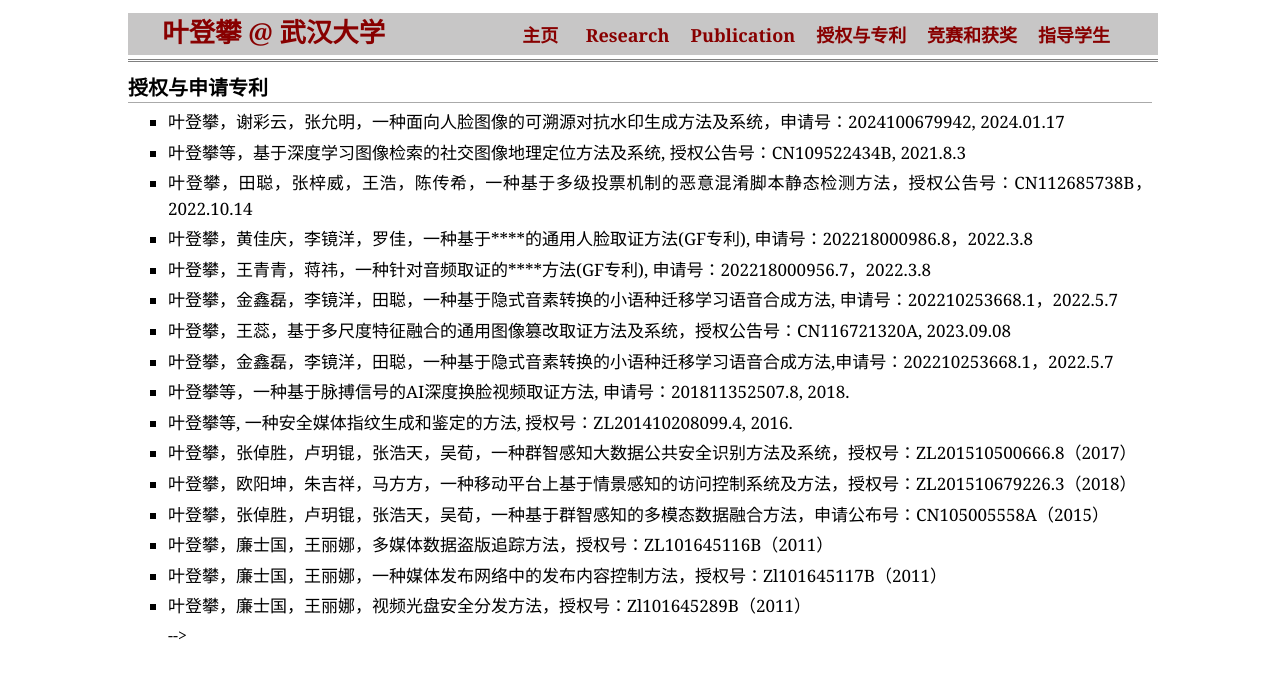
Repository: yedengpan/yedengpan.github.io
Page: patent.html
An editor plug-in stored every save of this project. The page is shown before and after a run of saves, followed by the edit.
The browser window is 1280 px wide. The pictures show the whole page.

Above is the page before, as saved 2024-01-18 21:06:02.
Console error: SyntaxError: Unexpected token '%'

### patent.html
<!DOCTYPE html PUBLIC "-//W3C//DTD XHTML 1.1//EN" "http://www.w3.org/TR/xhtml11/DTD/xhtml11.dtd">
<html xmlns="http://www.w3.org/1999/xhtml" xml:lang="en">
<head>
    <meta http-equiv="Content-Type" content="text/html; charset=UTF-8">
    <meta name="generator" content="jemdoc, see http://jemdoc.jaboc.net/">

    <link rel="stylesheet" href="./source_files/jemdoc.css" type="text/css">
    <title>授权与专利</title>
    <script type="text/javascript" src="./source_files/jquery-1.12.4.min.js"></script>
    <script src="./source_files/main.js"></script>

</head>
<body>
    <div id="layout-content">

        <div id="toptitle">
            <h1 width=100% id="home">
                &nbsp;&nbsp;&nbsp;&nbsp;
                <font color="#880000">叶登攀 @ 武汉大学</font>
                &nbsp;&nbsp;&nbsp;&nbsp;&nbsp;&nbsp;&nbsp;&nbsp;&nbsp;&nbsp;&nbsp;&nbsp;&nbsp;&nbsp;&nbsp;&nbsp;&nbsp;&nbsp;
                <a href="./index.html"><font color="#880000" size="4.0px">主页</font></a>
                &nbsp;&nbsp;
                <a href="./research.html"><font color="#880000" size="4.0px">Research &nbsp;&nbsp;</font></a>
                <a href="./publication.html"><font color="#880000" size="4.0px">Publication &nbsp;&nbsp;</font></a>
                <a href="./patent.html"><font color="#880000" size="4.0px">授权与专利 &nbsp;&nbsp;</font></a>
                <a href="./awards.html"><font color="#880000" size="4.0px">竞赛和获奖 &nbsp;&nbsp;</font></a>
                <a href="./student.html"><font color="#880000" size="4.0px">指导学生 &nbsp;&nbsp;</font></a>                &nbsp;&nbsp;&nbsp;&nbsp;
            </h1>
        </div>

        <br> <br>

        <h2>授权与申请专利</h2>
        <body>
            <ul>
                <li>
                    <p style="text-align: justify;">
                        叶登攀，谢彩云，张允明，一种面向人脸图像的可溯源对抗水印生成方法及系统，申请号：2024100679942, 2024.01.17
                    </p>

                </li>
                <li>
                    <p style="text-align:justify;">
                        叶登攀等，基于深度学习图像检索的社交图像地理定位方法及系统, 授权公告号：CN109522434B, 2021.8.3
                    </p>
                </li>
                <li>
                    <p style="text-align:justify;">
                        叶登攀，田聪，张梓威，王浩，陈传希，一种基于多级投票机制的恶意混淆脚本静态检测方法，授权公告号：CN112685738B，2022.10.14
                    </p>
                </li>
                <li>
                    <p style="text-align:justify;">
                        叶登攀，黄佳庆，李镜洋，罗佳，一种基于****的通用人脸取证方法(GF专利), 申请号：202218000986.8，2022.3.8
                    </p>
                </li>
                <li>
                    <p style="text-align:justify;">
                        叶登攀，王青青，蒋祎，一种针对音频取证的****方法(GF专利), 申请号：202218000956.7，2022.3.8
                    </p>
                </li>
                <li>
                    <p style="text-align:justify;">
                        叶登攀，金鑫磊，李镜洋，田聪，一种基于隐式音素转换的小语种迁移学习语音合成方法, 申请号：202210253668.1，2022.5.7
                    </p>
                </li>
                <li>
                    <p style="text-align:justify;">
                        叶登攀，王蕊，基于多尺度特征融合的通用图像篡改取证方法及系统，授权公告号：CN116721320A, 2023.09.08
                    </p>
                </li>
                <li>
                    <p style="text-align:justify;">
                        叶登攀，金鑫磊，李镜洋，田聪，一种基于隐式音素转换的小语种迁移学习语音合成方法,申请号：202210253668.1，2022.5.7
                    </p>
                </li>
                <li>
                    <p style="text-align:justify;">
                        叶登攀等，一种基于脉搏信号的AI深度换脸视频取证方法, 申请号：201811352507.8, 2018.
                    </p>
                </li>
                <li>
                    <p style="text-align:justify;">
                        叶登攀等, 一种安全媒体指纹生成和鉴定的方法, 授权号：ZL201410208099.4, 2016.
                    </p>
                </li>
                <li>
                    <p style="text-align:justify;">
                        叶登攀，张倬胜，卢玥锟，张浩天，吴荀，一种群智感知大数据公共安全识别方法及系统，授权号：ZL201510500666.8（2017）
                    </p>
                </li>
                <li>
                    <p style="text-align:justify;">
                        叶登攀，欧阳坤，朱吉祥，马方方，一种移动平台上基于情景感知的访问控制系统及方法，授权号：ZL201510679226.3（2018）
                    </p>
                </li>
                <li>
                    <p style="text-align:justify;">
                        叶登攀，张倬胜，卢玥锟，张浩天，吴荀，一种基于群智感知的多模态数据融合方法，申请公布号：CN105005558A（2015）
                    </p>
                </li>
                <li>
                    <p style="text-align:justify;">
                        叶登攀，廉士国，王丽娜，多媒体数据盗版追踪方法，授权号：ZL101645116B（2011）
                    </p>
                </li>
                <li>
                    <p style="text-align:justify;">
                        叶登攀，廉士国，王丽娜，一种媒体发布网络中的发布内容控制方法，授权号：Zl101645117B（2011）
                    </p>
                </li>
                <li>
                    <p style="text-align:justify;">
                        叶登攀，廉士国，王丽娜，视频光盘安全分发方法，授权号：Zl101645289B（2011）
                    </p>
                </li>-->

            </ul>
        </body>
</html>

### source_files/jemdoc.css
/* Default css file for jemdoc. */

table#tlayout {
    border: none;
    border-collapse: separate;
    background: white;
}

/*body.my-body {
	background: white;*/
	/*	font-family: Georgia, serif;*/
	/*font-family: "Times New Roman", Sans-serif, Serif, Arial, Helvetica, sans-serif;
	padding-bottom: 8px;
	margin: 0;
	text-align: center;
}*/

body {
	background: white;
	font-family: Georgia, serif;
	padding-bottom: 8px;
	margin: 0;
	text-align: center;
}

/*
:lang(en) {
	font-family: "Arial", sans-serif;
}

:not(:lang(en)) {
	font-family: inherit;
}
*/

#layout-menu {
	background: #f6f6f6;
	border: 1px solid #dddddd;
	padding-top: 0.5em;
	padding-left: 8px;
	padding-right: 8px;
	font-size: 1.0em;
	width: auto;
	white-space: nowrap;
    text-align: left;
    vertical-align: top;
}

#layout-menu td {
	background: #f4f4f4;
    vertical-align: top;
}

#layout-content {
	padding-top: 0.0em;
	padding-left: 1.0em;
	padding-right: 1.0em;
    border: none;
    background: white;
    text-align: left;
    vertical-align: top;
    /* width:950px; */
    width:1024px;
	/* width:1024px; */
    margin: auto;
}

#layout-menu a {
	line-height: 1.5em;
	margin-left: 0.5em;
}

tt {
    background: #ffffdd;
}

pre, tt {
	font-size: 90%;
	font-family: monaco, monospace;
}

a, a > tt {
	/*color: #0000FF;*/
  color: #0055AA;
	text-decoration: none;
}

a:hover {
	border-bottom: 1px gray dotted;
}

#layout-menu a.current:link, #layout-menu a.current:visited {
	color: #022b6d;
	border-bottom: 1px gray solid;
}
#layout-menu a:link, #layout-menu a:visited, #layout-menu a:hover {
	color: #527bbd;
	text-decoration: none;
}
#layout-menu a:hover {
	text-decoration: none;
}

div.menu-category {
	border-bottom: 1px solid gray;
	margin-top: 0.8em;
	padding-top: 0.2em;
	padding-bottom: 0.1em;
	font-weight: bold;
}

div.menu-item {
	padding-left: 16px;
	text-indent: -16px;
}

div#toptitle {
	padding-bottom: 0.2em;
	margin-bottom: 1.5em;
	border-bottom: 3px double gray;
  position:fixed;

}

/* Reduce space if we begin the page with a title. */
div#toptitle + h2, div#toptitle + h3 {
	margin-top: -0.7em;
}

div#subtitle {
	margin-top: 0.0em;
	margin-bottom: 0.0em;
	padding-top: 0em;
	padding-bottom: 0.1em;
}

em {
	font-style: italic;
}

strong {
	font-weight: bold;
}


h1, h2, h3 {
	color: #000000;
	margin-top: 0.9em;
	margin-bottom: 0.3em;
	padding-bottom: 0.2em;
	line-height: 1.0;
	padding-top: 0.5em;
	border-bottom: 1px solid #aaaaaa;
}

h1 {
	font-size: 165%;
  /*background: #003366;*/
  background: #C7C6C6;
  line-height: 1.5;
}

h2 {
	padding-top: 0.8em;
	font-size: 125%;
}

h2 + h3 {
    padding-top: 0.2em;
}

h3 {
	font-size: 110%;
	border-bottom: none;
}

p {
	margin-top: 0.0em;
	margin-bottom: 0.8em;
	padding: 0;
	line-height: 1.5;
  	/*size of font in body*/
  	font-size: 17px;
}

pre {
	padding: 0;
	margin: 0;
}

div#footer {
	font-size: small;
	border-top: 1px solid #c0c0c0;
	padding-top: 0.1em;
	margin-top: 4.0em;
	color: #c0c0c0;
}

div#footer a {
	color: #80a0b0;
}

div#footer-text {
	float: left;
	padding-bottom: 8px;
}

ul, ol, dl {
	margin-top: 0.2em;
	padding-top: 0;
	margin-bottom: 0.8em;
}

dt {
	margin-top: 0.5em;
	margin-bottom: 0;
}

dl {
	margin-left: 20px;
}

dd {
	color: #222222;
}

dd > *:first-child {
	margin-top: 0;
}

ul {
	list-style-position: outside;
	list-style-type: square;
}

p + ul, p + ol {
	margin-top: -0.5em;
}

li ul, li ol {
	margin-top: -0.3em;
}

ol {
	list-style-position: outside;
	list-style-type: decimal;
}

li p, dd p {
	margin-bottom: 0.3em;
}


ol ol {
	list-style-type: lower-alpha;
}

ol ol ol {
	list-style-type: lower-roman;
}

p + div.codeblock {
	margin-top: -0.6em;
}

div.codeblock, div.infoblock {
	margin-right: 0%;
	margin-top: 1.2em;
	margin-bottom: 1.3em;
}

div.blocktitle {
	font-weight: bold;
	color: #cd7b62;
	margin-top: 1.2em;
	margin-bottom: 0.1em;
}

div.blockcontent {
	border: 1px solid silver;
	padding: 0.3em 0.5em;
}

div.infoblock > div.blockcontent {
	background: #ffffee;
}

div.blockcontent p + ul, div.blockcontent p + ol {
	margin-top: 0.4em;
}

div.infoblock p {
	margin-bottom: 0em;
}

div.infoblock li p, div.infoblock dd p {
	margin-bottom: 0.5em;
}

div.infoblock p + p {
	margin-top: 0.8em;
}

div.codeblock > div.blockcontent {
	background: #f6f6f6;
}

span.pycommand {
	color: #000070;
}

span.statement {
	color: #008800;
}
span.builtin {
	color: #000088;
}
span.special {
	color: #990000;
}
span.operator {
	color: #880000;
}
span.error {
	color: #aa0000;
}
span.comment, span.comment > *, span.string, span.string > * {
	color: #606060;
}

@media print {
	#layout-menu { display: none; }
}

#fwtitle {
	margin: 2px;
}

#fwtitle #toptitle {
	padding-left: 0.5em;
	margin-bottom: 0.5em;
}

#layout-content h1:first-child, #layout-content h2:first-child, #layout-content h3:first-child {
	margin-top: -0.7em;
}

div#toptitle h1, #layout-content div#toptitle h1 {
	margin-bottom: 0.0em;
	padding-bottom: 0.1em;
	padding-top: 0;
	margin-top: 0.5em;
	border-bottom: none;
}

img.eq {
	padding: 0;
	padding-left: 0.1em;
	padding-right: 0.1em;
	margin: 0;
}

img.eqwl {
	padding-left: 2em;
	padding-top: 0.6em;
	padding-bottom: 0.2em;
	margin: 0;
}

table {
    border: 2px solid black;
    border-collapse: collapse;
}

td {
    padding: 2px;
    padding-left: 0.5em;
    padding-right: 0.5em;
    text-align: center;
    border: 1px solid gray;
}

table + table {
    margin-top: 1em;
}

tr.heading {
    font-weight: bold;
    border-bottom: 2px solid black;
}

img {
    border: none;
}

table.imgtable, table.imgtable td {
    border: none;
    text-align: left;
    padding-top: 4em;
}

### static/js/main.js
---
---
$(function() {
  deadlineByConf = {};

  {% for conf in site.data.conferences %}
  {% assign conf_id = conf.name | append: conf.year | slugify %}
  {% if conf.deadline == "TBA" %}
  $('#{{ conf_id }} .timer').html("TBA");
  $('#{{ conf_id }} .deadline-time').html("TBA");
  deadlineByConf["{{ conf_id }}"] = null;

  {% else %}
  var rawDeadlines = {{ conf.deadline | jsonify }} || [];
  if (rawDeadlines.constructor !== Array) {
    rawDeadlines = [rawDeadlines];
  }
  var parsedDeadlines = [];
  while (rawDeadlines.length > 0) {
    var rawDeadline = rawDeadlines.pop();
    // check if date is template
    if (rawDeadline.indexOf('%m') >= 0) {
      for (var m = 1; m <= 12; m++) {
        rawDeadlines.push(rawDeadline.replace('%m', m < 10 ? '0' + m : m));
      }
    } else if (rawDeadline.indexOf('%y') >= 0) {
      year = parseInt(moment().year());
      rawDeadlines.push(rawDeadline.replace('%y', year));
      rawDeadlines.push(rawDeadline.replace('%y', year + 1));

    } else {
      // adjust date according to deadline timezone
      {% if conf.timezone %}
      var deadline = moment.tz(rawDeadline, "{{ conf.timezone }}");
      {% else %}
      var deadline = moment.tz(rawDeadline, "Etc/GMT+12"); // Anywhere on Earth
      {% endif %}

      // post-process date
      if (deadline.minutes() === 0) {
        deadline.subtract(1, 'seconds');
      }
      if (deadline.minutes() === 59) {
        deadline.seconds(59);
      }
      parsedDeadlines.push(deadline);
    }
  }

  // check which deadline is closest
  var confDeadline = parsedDeadlines[0];
  var today = moment();
  for (var i = 1; i < parsedDeadlines.length; i++) {
    deadlineCandidate = parsedDeadlines[i];
    if ((today.diff(deadlineCandidate) < 0 && today.diff(deadlineCandidate) > today.diff(confDeadline))) {
      confDeadline = deadlineCandidate;
    }
  }

  // render countdown timer
  if (confDeadline) {
    function make_update_countdown_fn(confDeadline) {
      return function(event) {
        diff = moment() - confDeadline
        if (diff <= 0) {
           $(this).html(event.strftime('%D days %Hh %Mm %Ss'));
        } else {
          $(this).html(confDeadline.fromNow());
        }
      }
    }
    $('#{{ conf_id }} .timer').countdown(confDeadline.toDate(), make_update_countdown_fn(confDeadline));
    // check if date has passed, add 'past' class to it
    if (moment() - confDeadline > 0) {
      $('#{{ conf_id }}').addClass('past');
    }
    $('#{{ conf_id }} .deadline-time').html(confDeadline.local().format('D MMM YYYY, h:mm:ss a'));
    deadlineByConf["{{ conf_id }}"] = confDeadline;
  }
  {% endif %}
  {% endfor %}

  // Reorder list
  confs = $('.conf');
  confs.detach().sort(function(a, b) {
    var today = moment();
    var a = deadlineByConf[a.id];
    var b = deadlineByConf[b.id];
    var diff1 = today.diff(a)
    var diff2 = today.diff(b)
    if (a == null && b == null) {
      return 0;
    }
    if (a == null && diff2 > 0) {
      return -1;
    }
    if (a == null && diff2 < 0) {
      return +1;
    }
    if (b == null && diff1 > 0) {
      return +1;
    }
    if (b == null && diff1 < 0) {
      return -1;
    }
    if (diff1 < 0 && diff2 > 0) {
      return -1;
    }
    if (diff1 > 0 && diff2 < 0) {
      return +1;
    }
    if (diff1 < 0 && diff2 < 0) {
      return -1 ? diff1 < diff2 : +1;
    }
    if (diff1 > 0 && diff2 > 0) {
      return -1 ? a < b : +1;
    }
  });
  $('.conf-container').append(confs);

  // Set checkboxes
  var conf_type_data = {{ site.data.types | jsonify }};
  var all_tags = [];
  var toggle_status = {};
  for (var i = 0; i < conf_type_data.length; i++) {
    all_tags[i] = conf_type_data[i]['tag'];
    toggle_status[all_tags[i]] = false;
  }
  var tags = store.get('{{ site.domain }}');
  if (tags === undefined) {
    tags = all_tags;
  }
  for (var i = 0; i < tags.length; i++) {
    $('#' + tags[i] + '-checkbox').prop('checked', true);
    toggle_status[tags[i]] = true;
  }
  store.set('{{ site.domain }}', tags);

  function update_conf_list() {
    confs.each(function(i, conf) {
      var conf = $(conf);
      var show = false;
      for (var i = 0; i < all_tags.length; i++) {
        if(conf.hasClass(all_tags[i])) {
          show = show | toggle_status[all_tags[i]];
        }
      }
      if (show) {
        conf.show();
      } else {
        conf.hide()
      }
    });
  }
  update_conf_list();

  // Event handler on checkbox change
  $('form :checkbox').change(function(e) {
    var checked = $(this).is(':checked');
    var tag = $(this).prop('id').slice(0, -9);
    toggle_status[tag] = checked;

    if (checked == true) {
      if (tags.indexOf(tag) < 0)
        tags.push(tag);
    }
    else {
      var idx = tags.indexOf(tag);
      if (idx >= 0)
        tags.splice(idx, 1);
    }
    store.set('{{ site.domain }}', tags);
    update_conf_list();
  });
});

Loaded but not shown: source_files/jquery-1.12.4.min.js (library)

After the next 3 saves:
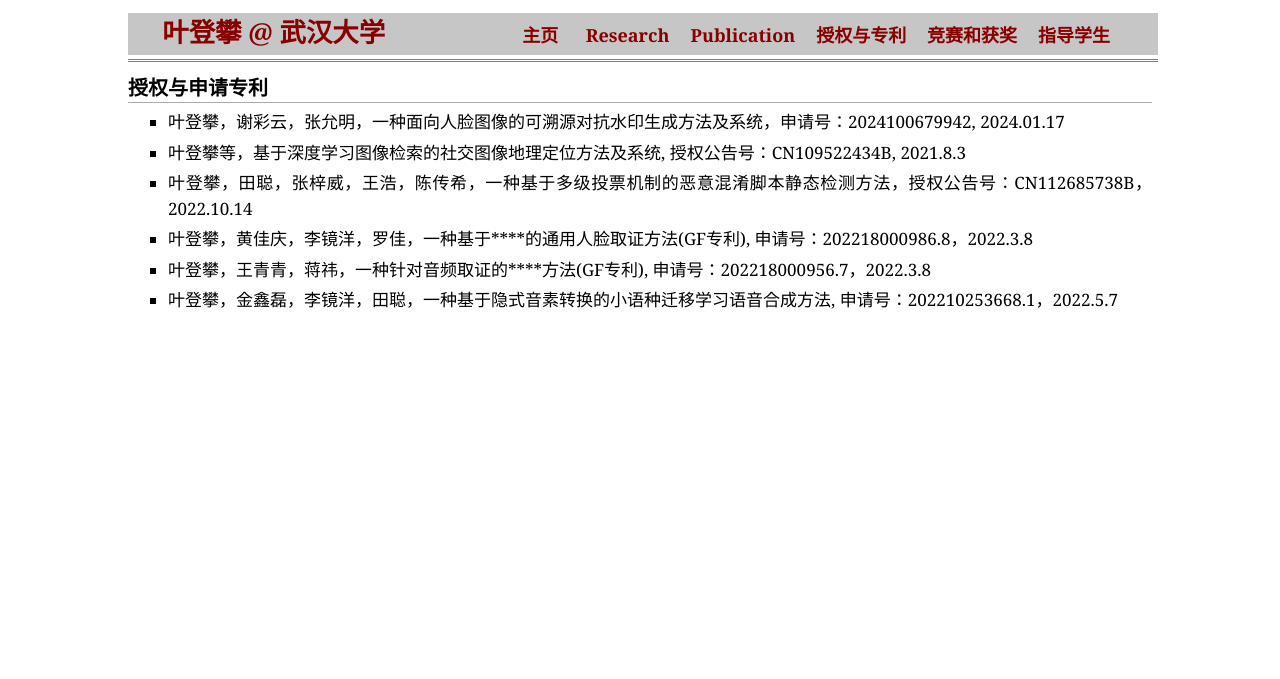
The 3 saves are shown as one change because they came seconds apart.
The last was saved 33 s later.
--- a/patent.html
+++ b/patent.html
@@ -64,9 +64,9 @@
                         叶登攀，金鑫磊，李镜洋，田聪，一种基于隐式音素转换的小语种迁移学习语音合成方法, 申请号：202210253668.1，2022.5.7
                     </p>
                 </li>
-                <li>
+                <!--<li>
                     <p style="text-align:justify;">
-                        叶登攀，王蕊，基于多尺度特征融合的通用图像篡改取证方法及系统，授权公告号：CN116721320A, 2023.09.08
+                        叶登攀,王蕊，基于多尺度特征融合的通用图像篡改取证方法及系统，授权公告号：CN116721320A，2023.09.08
                     </p>
                 </li>
                 <li>
